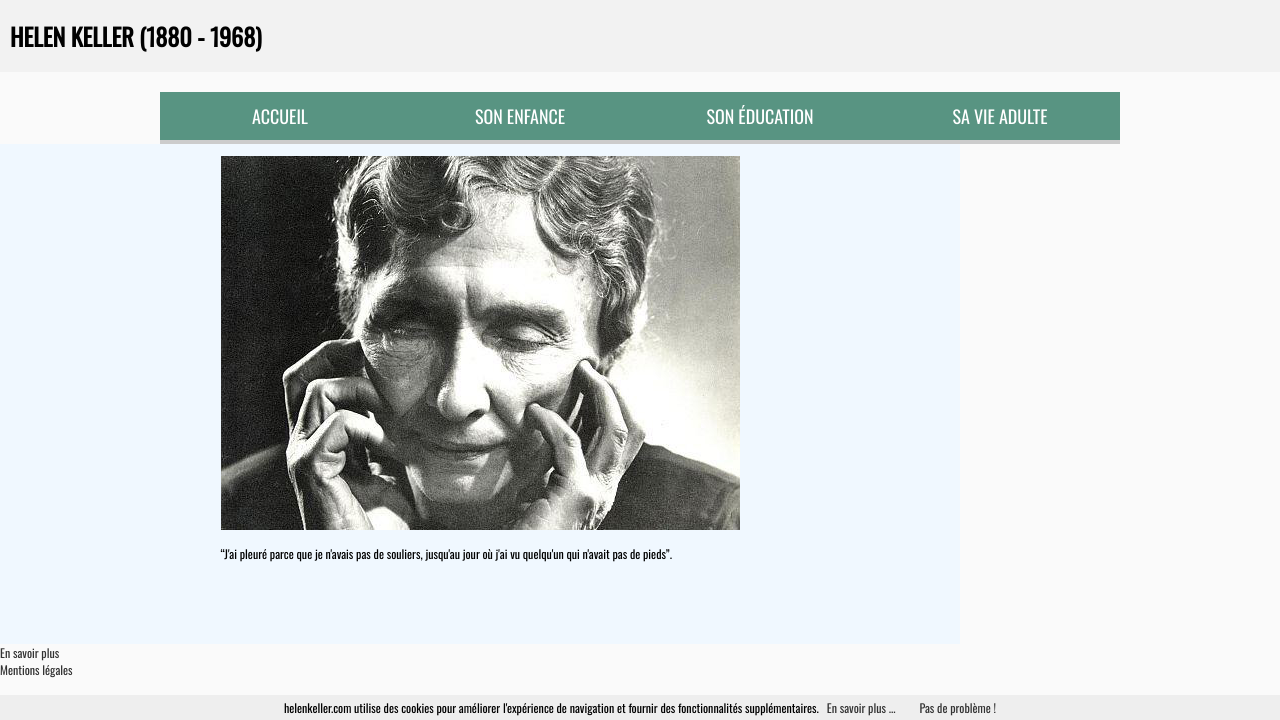
Repository: Luc010/Exercices
Page: HTML CSS/biographie_helen_keller/index.html
The author's editor kept a copy of each file at every save. The page is drawn from the files as they stood at one save, then again after a run of saves.
The browser window is 1280 px wide. The pictures show the whole page.

Above is the page before, as saved 2019-09-06 09:42:18.

After the next 2 saves:
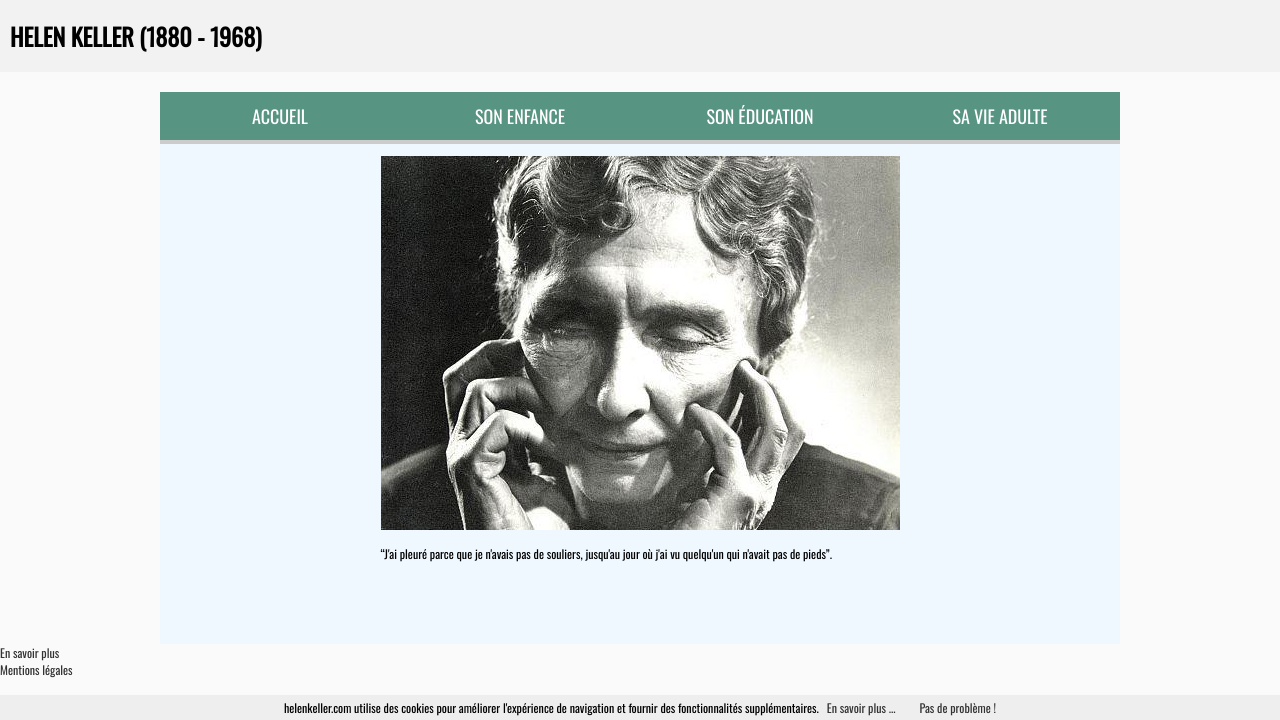
The 2 saves are shown as one change because they came seconds apart.
The last was saved 69 s later.
--- a/HTML CSS/biographie_helen_keller/style.css
+++ b/HTML CSS/biographie_helen_keller/style.css
@@ -39,6 +39,8 @@ main {
     background-color: aliceblue;
     display: flex;
     justify-content: center;
+    margin-left: auto;
+    margin-right: auto;
 }
 
 .navbar {
